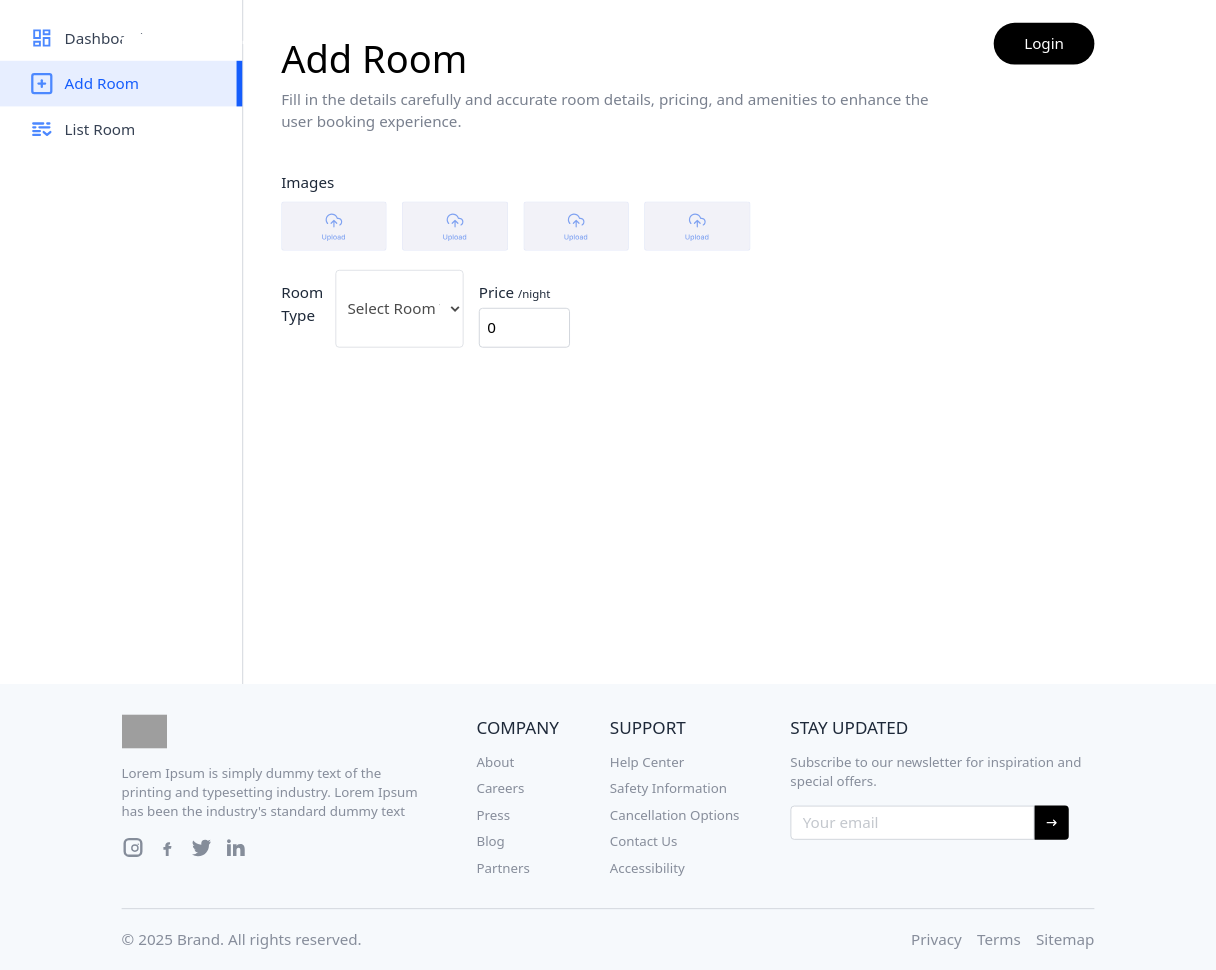
Repository: Ponn-Star/My-App
Page: /owner/add-room (app in FrontEnd/)
The author's editor kept a copy of each file at every save. The page is drawn from the files as they stood at one save, then again after the next save.
The browser window is 1280 px wide. The pictures show the whole page, at 95% of full size.
Pictures or frames that could not be fetched are drawn as grey boxes. The page's requests for data from a server got no answer. The project was rebuilt for these pictures with package versions that can differ from the ones it lists, and the page was loaded fresh each time. Some packages were replaced by stand-ins written for this rebuild. No one was signed in, and anything a server would have sent is missing. Also part of the build but not shown: FrontEnd/vite.config.js, FrontEnd/src/assets/assets.js, FrontEnd/src/components/Hero.jsx, FrontEnd/src/components/HotelCard.jsx, FrontEnd/src/components/FeaturedDestination.jsx, FrontEnd/src/components/ExclusiveOffers.jsx, FrontEnd/src/data/Test.ts, FrontEnd/src/components/StarRating.jsx and 7 more.

Above is the page before, as saved 2025-05-12 17:23:15.

After the next save:
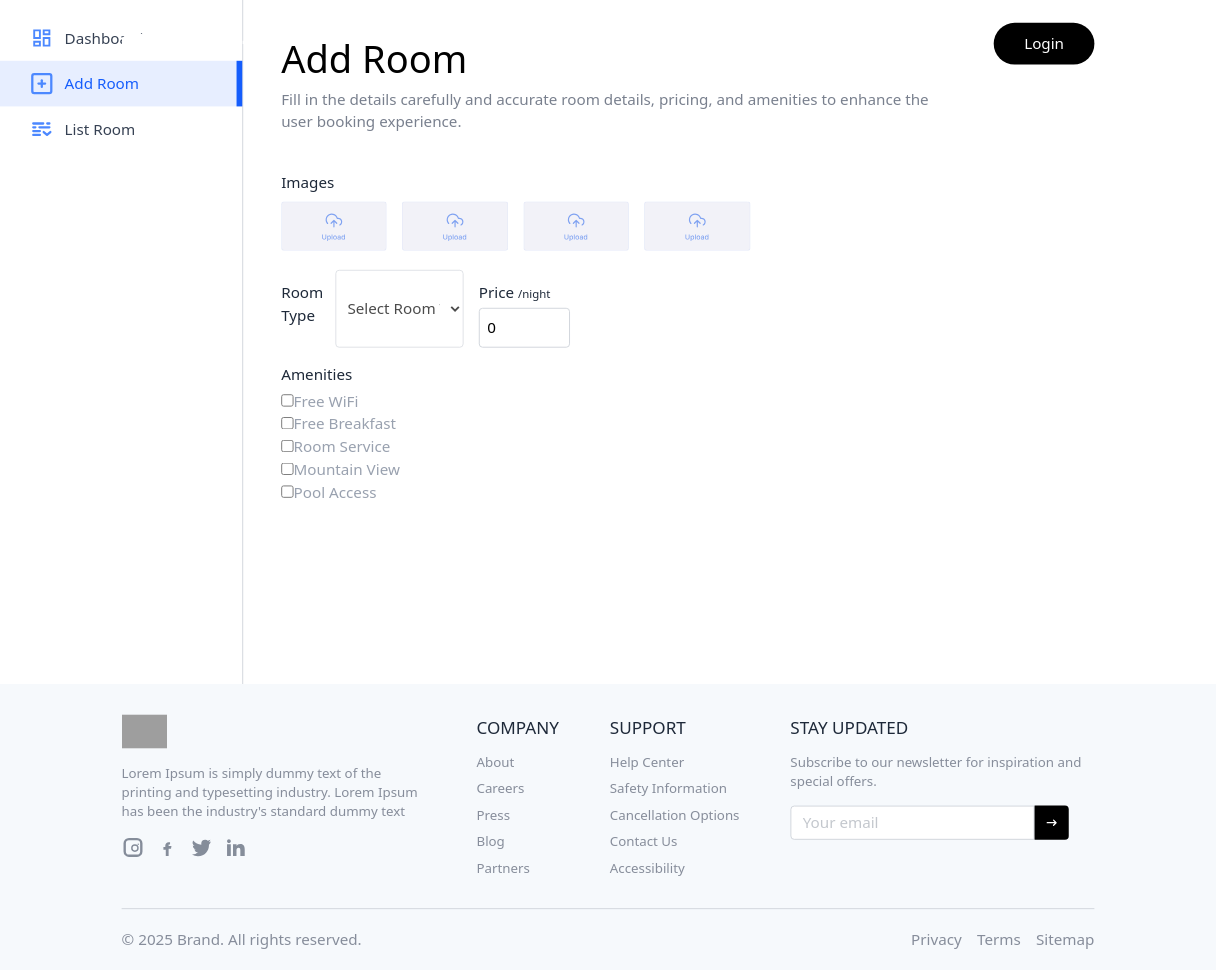
Saved 29 s later.
--- a/FrontEnd/src/pages/Owner/AddRoom.jsx
+++ b/FrontEnd/src/pages/Owner/AddRoom.jsx
@@ -59,7 +59,26 @@ const AddRoom = () => {
           />
           </div>
         </div>
-
+        <p className='text-gray-800 mt-4'>Amenities</p>
+        <div className='flex flex-col flex-wrap mt-1 text-gray-400 max-w-sm'>
+          {Object.keys(inputs.amenities).map((amenity, index) => (
+            <div key={index}>
+              <input
+                type="checkbox"
+                id={`amenities${index + 1}`}
+                checked={inputs.amenities[amenity]}
+                onChange={() => setInputs({
+                  ...inputs,
+                  amenities: { ...inputs.amenities, [amenity]: !inputs.amenities[amenity] }
+                })}
+              />
+              <label htmlFor={`amenities${index + 1}`}>{amenity}</label>
+            </div>
+          ))}
+        </div>
+        <button className='bg-primary text-white px-8 py-2 rounded mt-8 cursor-pointer'>
+          Add Room
+        </button>
     </form>
   )
 }
